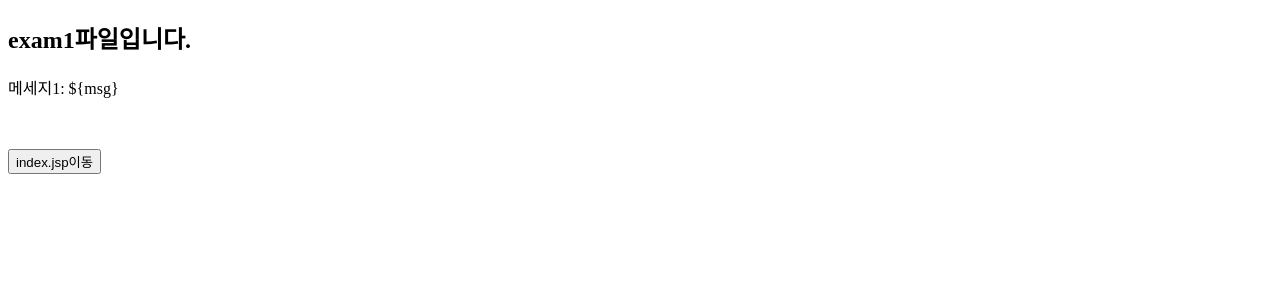
Repository: asfsdw/springBoot
Page: demo1/src/main/resources/static/exam/exam1.html
The author's editor kept a copy of each file at every save. The page is drawn from the files as they stood at one save, then again after the next save.
The browser window is 1280 px wide. The pictures show the whole page.

Above is the page before, as saved 2025-10-29 08:38:04.

### demo1/src/main/resources/static/exam/exam1.html
<!DOCTYPE html>
<html>
<head>
<meta charset="UTF-8">
<title>Insert title here</title>
</head>
<body>
	<h2>exam1파일입니다.</h2>
	<p>메세지1: ${msg}</p>
	<p><br/></p>
	<input type="button" value="index.jsp이동" onclick="location.href='/'" />
</body>
</html>

After the next save:
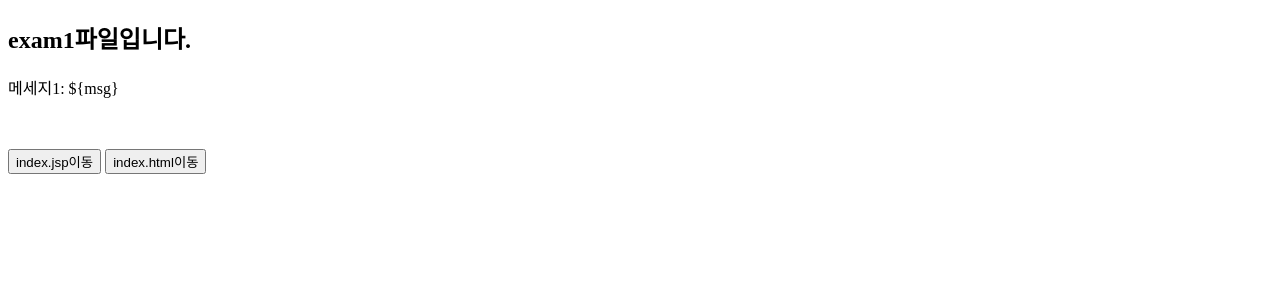
Saved 22 s later.
--- a/demo1/src/main/resources/static/exam/exam1.html
+++ b/demo1/src/main/resources/static/exam/exam1.html
@@ -9,5 +9,6 @@
 	<p>메세지1: ${msg}</p>
 	<p><br/></p>
 	<input type="button" value="index.jsp이동" onclick="location.href='/'" />
+	<input type="button" value="index.html이동" onclick="location.href='../index.html'" />
 </body>
 </html>
